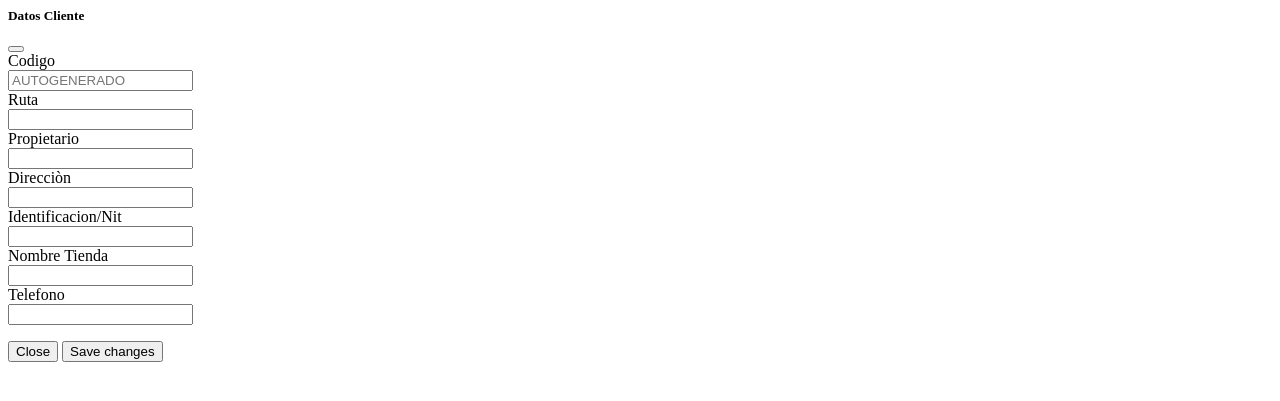
Repository: LucasVillegas/app-admin
Page: http://localhost/app-movil/resources/views/pages/includes/modal-cliente.php
These files come from the project's save history. The page is drawn as it stood at one moment and after the next save; the edit follows.
The browser window is 1280 px wide. The pictures show the whole page.
The page is run by PHP 8.4 with error messages shown; the project is at /var/www/html/.

Above is the page before, as saved 2022-06-13 15:00:00.

### resources/views/pages/includes/modal-cliente.php
<!-- Modal Dialog Scrollable -->
<!-- <button type="button" class="btn btn-primary" data-bs-toggle="modal" data-bs-target="#modalDialogScrollable">
    Modal Dialog Scrollable
</button> -->
<div class="modal fade" id="modalDialogScrollable" tabindex="-1">
    <div class="modal-dialog modal-dialog-scrollable">
        <div class="modal-content">
            <div class="modal-header">
                <h5 class="modal-title">Datos Cliente</h5>
                <button type="button" class="btn-close" data-bs-dismiss="modal" aria-label="Close"></button>
            </div>
            <div class="modal-body">
                <!-- General Form Elements -->
                <form>
                    <div class="row mb-2">
                        <label for="inputText" class="col-sm-2 col-form-label">Codigo</label>
                        <div class="col-sm-10">
                            <input type="text" class="form-control" readonly id="codigo" name="codigo"
                                placeholder="AUTOGENERADO">
                        </div>
                    </div>
                    <div class="row mb-2">
                        <label for="inputEmail" class="col-sm-2 col-form-label">Ruta</label>
                        <div class="col-sm-10">
                            <input type="email" class="form-control">
                        </div>
                    </div>
                    <div class="row mb-2">
                        <label for="inputPassword" class="col-sm-2 col-form-label">Propietario</label>
                        <div class="col-sm-10">
                            <input type="password" class="form-control">
                        </div>
                    </div>
                    <div class="row mb-2">
                        <label for="inputNumber" class="col-sm-2 col-form-label">Direcci&ograve;n</label>
                        <div class="col-sm-10">
                            <input type="number" class="form-control">
                        </div>
                    </div>
                    <div class="row mb-2">
                        <label for="inputNumber" class="col-sm-2 col-form-label">Identificacion/Nit</label>
                        <div class="col-sm-10">
                            <input type="number" class="form-control">
                        </div>
                    </div>
                    <div class="row mb-2">
                        <label for="inputNumber" class="col-sm-2 col-form-label">Nombre Tienda</label>
                        <div class="col-sm-10">
                            <input type="number" class="form-control">
                        </div>
                    </div>
                    <div class="row mb-2">
                        <label for="inputNumber" class="col-sm-2 col-form-label">Telefono</label>
                        <div class="col-sm-10">
                            <input type="number" class="form-control">
                        </div>
                    </div>
                </form>
                <!-- End General Form Elements -->
            </div>
            <div class="modal-footer">
                <button type="button" class="btn btn-secondary btn-sm" data-bs-dismiss="modal">Close</button>
                <button type="button" class="btn btn-primary btn-sm">Save changes</button>
            </div>
        </div>
    </div>
</div>
<!-- End Modal Dialog Scrollable-->

After the next save:
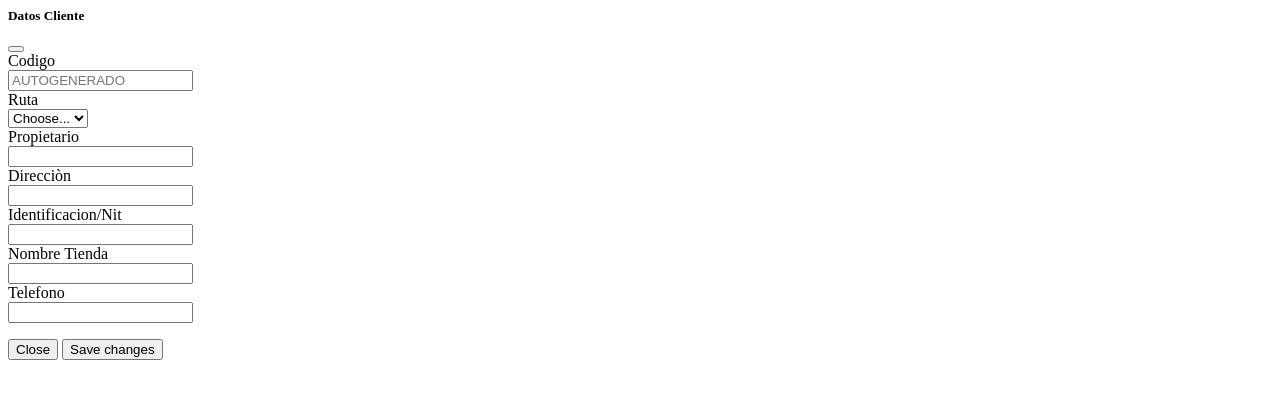
Saved 68 s later.
--- a/resources/views/pages/includes/modal-cliente.php
+++ b/resources/views/pages/includes/modal-cliente.php
@@ -22,7 +22,10 @@
                     <div class="row mb-2">
                         <label for="inputEmail" class="col-sm-2 col-form-label">Ruta</label>
                         <div class="col-sm-10">
-                            <input type="email" class="form-control">
+                            <select id="inputState" class="form-select">
+                                <option selected>Choose...</option>
+                                <option>...</option>
+                            </select>
                         </div>
                     </div>
                     <div class="row mb-2">
